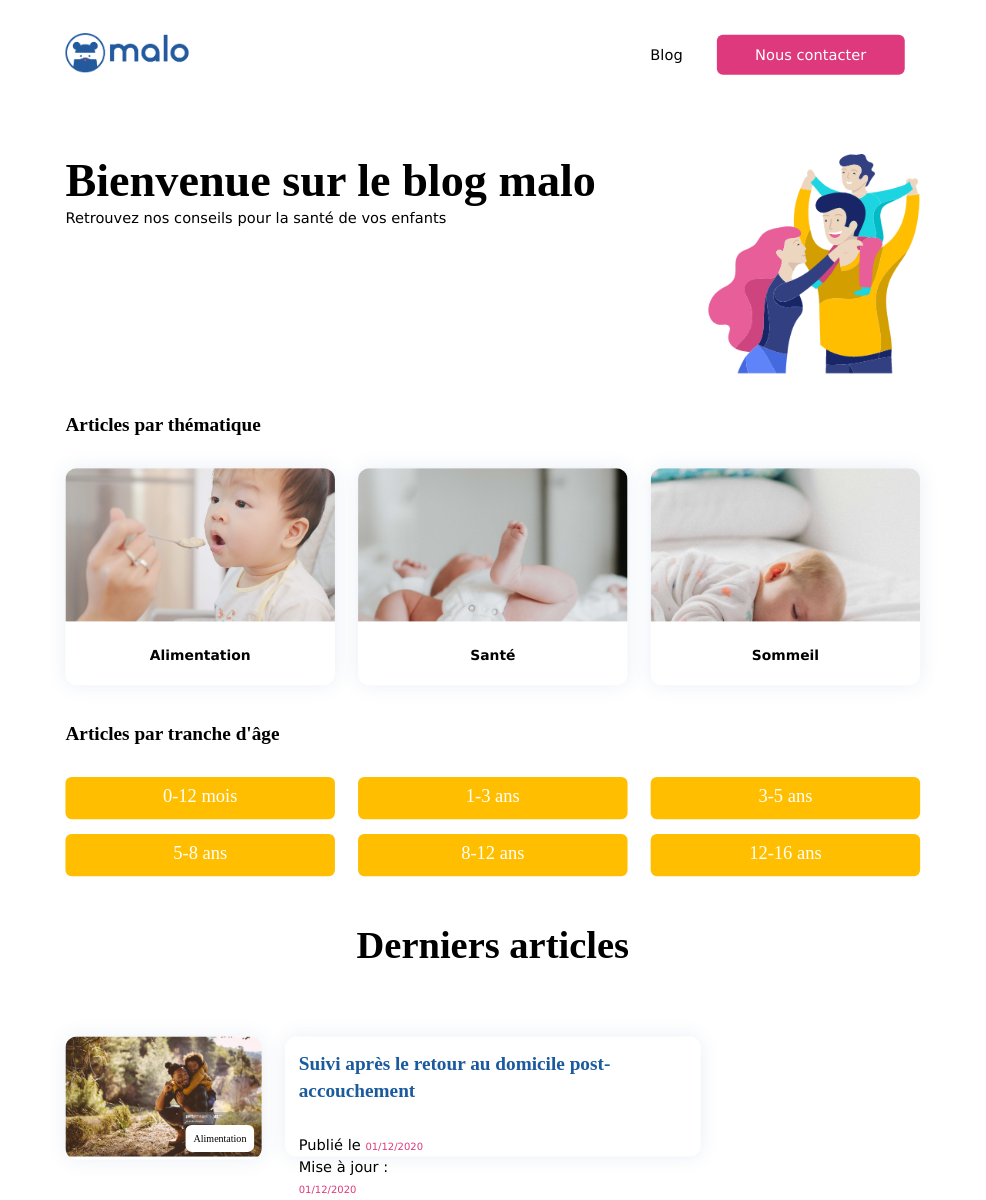
Repository: carbone-dev/keli-malo
Page: blog.html
The author's editor kept a copy of each file at every save. The page is drawn from the files as they stood at one save, then again after the next save.
The browser window is 1280 px wide. The pictures show the whole page, at 77% of full size.

Above is the page before, as saved 2020-12-09 15:56:01.

### blog.html
<!DOCTYPE html>
<html lang="en">

<head>
    <meta charset="UTF-8">
    <meta name="viewport" content="width=device-width, initial-scale=1.0">
    <title>Document</title>
    <link rel="stylesheet" type="text/css" href="css/style.css">
    <link rel="stylesheet" type="text/css" href="css/header.css">
    <link rel="stylesheet" type="text/css" href="css/grid.css">
    <link rel="stylesheet" type="text/css" href="css/blog.css">
</head>

<body>
    <div class="container">

        <div class="header row align-items-center">
            <div class="col-6 col-md-2 ">
                <img class='img-full-width ' src="img/logo.png">
            </div>
            <div class="menu col-6 col-md-10 right d-none d-md-block ">
                <a href="#">Blog</a>
                <a href="#" class="boutton-1">Nous contacter</a>
            </div>
            <div class="menu col-6 col-md-10 right d-md-none d-sm-block">
                <a href="#nav-mobile">
                    <img src="img/burger.png" alt="">
                </a>
            </div>

            <div id="nav-mobile" class="modaloverlay">
                <div class="modal">
                    <div class="row">
                        <div class="col-6">
                            <img class='img-full-width ' src="img/logo.png">
                        </div>
                        <div class="menu col-6 right">
                            <a href="#close" class="close">
                                <img src="img/close.png" alt="">
                            </a>
                        </div>
                    </div>
                    <div class="row align-items-center center modal-content">
                        <div class="col-12">
                            <a href="#">Blog</a>
                        </div>
                        <div class="col-12">
                            <a href="#" class="boutton-1">Nous contacter</a>
                        </div>
                        <div class="col-12">
                            <a href="#"><img src="img/instagram.png"></a>
                            <a href="#"><img src="img/linkedin.png"></a>
                            <a href="#"><img src="img/facebook.png"></a>
                        </div>
                    </div>
                </div>
            </div>
        </div>

        <div class="top-section row">
            <div class="col-12 col-md-8 t-responsive">
                <h1>
                    Bienvenue sur le blog malo
                </h1>
                <p>Retrouvez nos conseils pour la santé de vos enfants</p>
            </div>
            <div class="col-12 col-md-4 right t-responsive">
                <img src="img/blog-header-image.png" alt="blog-header-image">
            </div>
        </div>

        <div class="section t-responsive">
            <h3>Articles par thématique</h3>
            <div class="row">
                <div class="col-sm-12 col-md-4">
                    <div class="card">
                        <img src="img/blog-theme-1.jpg" alt="Avatar" style="width:100%">
                        <div class="card-content row align-items-center">
                            <p class="card-title col-12">Alimentation</p>
                        </div>
                    </div>
                </div>
                <div class="col-sm-12 col-md-4">
                    <div class="card">
                        <img src="img/blog-theme-2.jpg" alt="Avatar" style="width:100%">
                        <div class="card-content row align-items-center">
                            <p class="card-title col-12">Santé</p>
                        </div>
                    </div>
                </div>
                <div class="col-sm-12 col-md-4">
                    <div class="card">
                        <img src="img/blog-theme-3.jpg" alt="Avatar" style="width:100%">
                        <div class="card-content row align-items-center">
                            <p class="card-title col-12">Sommeil</p>
                        </div>
                    </div>
                </div>
            </div>
        </div>

        <div class="section t-responsive">
            <h3>Articles par tranche d'âge</h3>
            <div class="row">
                <div class="col-6 col-md-4 margin-bottom">
                    <button class="btn btn-tertiary full-width">0-12 mois</button>
                </div>
                <div class="col-6 col-md-4 margin-bottom">
                    <button class="btn btn-tertiary full-width">1-3 ans</button>
                </div>
                <div class="col-6 col-md-4 margin-bottom">
                    <button class="btn btn-tertiary full-width">3-5 ans</button>
                </div>
                <div class="col-6 col-md-4 margin-bottom">
                    <button class="btn btn-tertiary full-width">5-8 ans</button>
                </div>
                <div class="col-6 col-md-4 margin-bottom">
                    <button class="btn btn-tertiary full-width">8-12 ans</button>
                </div>
                <div class="col-6 col-md-4 margin-bottom">
                    <button class="btn btn-tertiary full-width">12-16 ans</button>
                </div>
            </div>
        </div>

        <div class="section t-responsive">
            <h2 class="center">Derniers articles</h2>
            <div class="row">
                <div class="col-12 col-md-9">
                    <div class="blog row">
                        <div class="col-4">
                            <div class="blog-img">
                                <img src="img/blog-1.jpg" class="full-width" alt="">
                                <span class="tag">Alimentation</span>
                            </div>
                        </div>
                        <div class="col-8">
                            <div class="blog-content">
                                <a href="#">
                                    <h3 class="blog-title secondary">Suivi après le retour au domicile post-accouchement</h3>
                                </a>
                                <div class="row">
                                    <div class="col-5">
                                        <p>
                                            Publié le <span class="primary">01/12/2020 </span>
                                        </p>
                                        <p>
                                            Mise à jour : <span class="primary">01/12/2020 </span>
                                        </p>
                                    </div>
                                    <div class="col-7"></div>
                                </div>
                            </div>
                        </div>
                    </div>

                </div>
                <div class="col-md-3 d-none d-md-block">

                </div>
            </div>
        </div>



    </div>

</body>

</html>

### css/style.css
body {
  margin: 0;
}
.btn {
  height: 55px;
  padding: 12px 12px 19px;
  border-radius: 8px;
  color: #fff;
  border: none;
  font-size: 24px;
  font-family: montserrat;
}

.full-width{
  width: 100%;
}

.primary {
  color: #de397c;
}

.secondary {
  color: #1a5a9d;
}

.tertiary {
  color: #ffbf00;
}

.btn-primary {
  background-color: #de397c;
}

.btn-secondary {
  background-color: #1a5a9d;
}

.btn-tertiary {
  background-color: #ffbf00;
}

.img-full-width {
  width: 100%;
}

.top-section {
  margin-top: 100px;
}

.section {
  margin-top: 45px;
}

.section h3 {
  margin-bottom: 39px;
}

.section h2 {
  margin-bottom: 94px;
}

.margin-bottom{
  margin-bottom: 19px;
}

#container {
  margin: 2% 7%;
}

.t-responsive {
  text-align: left;
}

@media only screen and (min-width: 1367px) and (max-width: 1600px) {
  #container {
    margin: 2% 8%;
  }
}
@media only screen and (min-width: 1601px) and (max-width: 1920px) {
  #container {
    margin: 2% 20%;
  }
}
@media only screen and (min-width: 1921px) and (max-width: 9000px) {
  #container {
    margin: 2% 30%;
  }
}

/*-------UNI------*/

.box-shadow {
  padding: 20px 20px 15px 20px;
  background-color: white;
  box-shadow: 0px 0px 30px rgb(26, 90, 157, 0.1);
  margin: 20px 0;
  border-radius: 15px;
}
h1,
h2,
h3,
h5,
h6 {
  font-family: montserrat;
  font-weight: bold;
  margin: 0;
}
h1 {
  font-size: 60px;
  line-height: 70px;
}
h2 {
  font-size: 50px;
  line-height: 50px;
}
h3 {
  font-size: 25px;
  line-height: 35px;
  margin-bottom: 30px;
}
h5 {
  color: #1a5a9d;
  line-height: 20px;
  font-size: 20px;
}
h6 {
  line-height: 20px;
  font-size: 16px;
}

a,
p {
  margin: 0;
  text-decoration: none;
  font-family: verdana;
  font-size: 19px;
  color: black;
  font-weight: normal;
  line-height: 27px;
}
span {
  font-size: 13px;
}
li {
  font-family: verdana;
  font-size: 14px;
  color: black;
  line-height: 23px;
}
ul {
  padding-left: 15px;
}

.boutton-1 {
  color: white;
  background-color: #de397c;
  padding: 15px 50px;
  border-radius: 8px;
}
.boutton-contact {
  color: white;
  background-color: #de397c;
  padding: 15px 100px;
  border-color: #de397c;
  border-radius: 8px;
  outline: none;
  margin: 10px;
  font-size: 20px;
  border-style: none;
}

.img-boutton {
  margin-top: 5%;
}
.img-boutton a {
  margin-right: 20px;
}
.quote {
  width: 20px;
  height: 20px;
}
.formulaire {
  border: 2px solid;
  border-radius: 8px;
  outline: none;
  margin: 10px;
  font-size: 20px;
  padding: 15px;
}

/*-------header------*/
.menu a {
  margin: 0 20px;
}
/*-------le heros------*/
.le-heros {
  margin-top: 5%;
  background-image: url(../img/bg-le-heros.png);
  background-size: 100%;
  background-repeat: no-repeat;
  padding-bottom: 7%;
}
.img-le-heros {
  display: none;
}

/*-------malo-c-est-quoi------*/

.malo-c-est-quoi {
  margin-top: 10%;
}
.contenu-malo-c-est-quoi {
  margin: 10% 3%;
}
/*-------malo-VIDEO------*/

.expert {
  margin-top: 15%;
}
.expert h1 {
  margin-bottom: 5%;
}
#play-vid-2 {
  position: absolute;
  right: 70%;
  z-index: 0;
}
.expert-video {
  background-image: url(../img/bg-video-2.png);
  background-size: contain;
  background-repeat: no-repeat;
  text-align: left;
  padding: 20px 0;
}
.expert-video video {
  width: 530px;
  border-radius: 20px;
  outline-style: none;
  margin-left: 30px;
}

/*------CAROUSEL------*/
.les-parents {
  margin-top: 10%;
}
.carousel {
  background-image: url(../img/bg-carousel.png);
  background-size: 100% 100%;
  background-repeat: no-repeat;
  padding: 10px;
}
.slide {
  padding-bottom: 50px;
  margin: 2%;
}
.img-profil {
  margin-right: 20px;
  margin-bottom: 30px;
}
.fade {
  -webkit-animation-name: fade;
  -webkit-animation-duration: 1.5s;
  animation-name: fade;
  animation-duration: 1.5s;
}

@-webkit-keyframes fade {
  from {
    opacity: 0.4;
  }
  to {
    opacity: 1;
  }
}

@keyframes fade {
  from {
    opacity: 0.4;
  }
  to {
    opacity: 1;
  }
}
/* Next & previous buttons */

.fleche {
  text-align: right;
  position: relative;
  top: -50px;
}
.prev {
  color: gray;
}
.prev,
.next {
  cursor: pointer;
  width: auto;
  padding: 20px;
  font-weight: bold;
  font-size: 40px;
  transition: 0.6s ease;
  border-radius: 0 3px 3px 0;
  user-select: none;
}

/*-------BLOG-MALO------*/
.decouvrir-le-blog {
  justify-content: center;
  margin-top: 10%;
}
.bg-decouvrir {
  background-image: url(../img/bg-decouvrir.png);
  background-size: 100%;
  background-repeat: no-repeat;
  padding-bottom: 5%;
}

.decouvrir-left {
  width: 70%;
}
.decouvrir-left-1 {
  width: 50%;
  margin: 10px;
}
.decouvrir-left-2 {
  width: 50%;
  margin: 10px;
}
.decouvrir-right {
  width: 30%;
  text-align: right;
  margin-top: 50px;
}
.sommeil {
  width: 30%;
}
.alimentation {
  width: 60%;
}

/*-------POPUP------*/
.popup {
  margin-top: 10%;
}
.popup img {
}
.contenu-popup {
  background-color: #1a5a9d;
  border-radius: 20px;
  align-items: center;
  padding: 60px;
}
.titre-popup {
  width: 50%;
  color: white;
  margin: 0;
}

.formulaire-popup {
  width: 50%;
  color: white;
}
.mail-popup {
  border-color: white;
  background-color: rgb(0, 0, 0, 0);
  color: white;
  font-family: montserrat;
  font-weight: bold;
}
.mail-popup::placeholder {
  color: white;
}
.boutton-popup {
  border-color: white;
  background-color: white;
  padding: 15px 30px;
  font-family: montserrat;
  font-weight: bold;
  color: #de397c;
  cursor: pointer;
}

/*-------CONTACT------*/
.contactez-nous {
  margin-top: 10%;
}
.contenu-contact {
  width: 50%;
}
.contenu-contact p {
  line-height: 50px;
  margin: 20px;
}
.contenu-contact h3 {
  margin-bottom: 10px;
}
.contenu-contact a {
  margin-right: 20px;
}
.formulaire-contact {
  width: 50%;
  background-image: url(../img/bg-formulaire-contact.png);
  background-repeat: no-repeat;
  background-size: 100%;
}
.bg-contact {
  padding: 10px;
  background-color: white;
  margin: 30px;

  box-shadow: 0px 0px 30px rgb(26, 90, 157, 0.1);
  border-radius: 15px;
}
.form-2 {
  width: 200px;
  border-color: #d8d8d8;
  color: black;
}
.form-1 {
  width: 460px;
}
.contact-text {
  border-color: #d8d8d8;
  font-family: montserrat;
}
.contact-text::placeholder {
  color: black;
  border-color: #d8d8d8;
  font-family: arial;
}

/*-------il nous soutien------*/

.il-nous-soutiennent {
  margin-top: 10%;
}

.il-nous-soutiennent h1 {
  margin-left: 20%;
}

/*-------footer------*/
.footer {
  margin-top: 10%;
  background-color: #1a5a9d;
}
.logo-popup {
  padding: 40px;
  margin: 0;
}
.logo-boutton {
  width: 50%;
}
.popup-icon {
  width: 45%;
}
.news-letter h3 {
  margin-bottom: 0;
  font-weight: normal;
  color: black;
}
.suivez-footer h3 {
  margin-bottom: 10px;
  font-weight: normal;
  color: white;
}
.suivez-footer a {
  margin-right: 20px;
}
.mail-footer {
  color: #d8d8d8;
  border-color: #d8d8d8;
}
.mail-footer::placeholder {
  color: #d8d8d8;
  border-color: #d8d8d8;
}
.boutton-footer {
  color: white;
  background-color: #de397c;
  border-color: #de397c;
  padding: 15px 40px;
  cursor: pointer;
}

.menu-footer {
  background-color: #0f3c6b;
  margin: 0;
  padding: 20px;
}
.menu-footer li {
  list-style: none;
}
.menu-footer a,
.menu-footer span {
  color: white;
  margin: 30px;
}

/*-------G R I D------*/

/* .row {
  display: flex;
  align-items: center;
  flex-wrap: wrap;
}

.col-sm-10 {
  width: 100%;
}
.col-sm-9 {
  width: 90%;
}
.col-sm-8 {
  width: 80%;
}
.col-sm-7 {
  width: 70%;
}
.col-sm-65 {
  width: 65%;
}
.col-sm-6 {
  width: 60%;
}
.col-sm-55 {
  width: 55%;
}
.col-sm-5 {
  width: 50%;
}
.col-sm-45 {
  width: 45%;
}
.col-sm-4 {
  width: 40%;
}
.col-sm-35 {
  width: 35%;
}
.col-sm-3 {
  width: 30%;
}
.col-sm-2 {
  width: 20%;
}
.col-sm-1 {
  width: 10%;
}

.col-10 {
  width: 100%;
}
.col-9 {
  width: 90%;
}
.col-8 {
  width: 80%;
}
.col-7 {
  width: 70%;
}
.col-65 {
  width: 65%;
}
.col-6 {
  width: 60%;
}
.col-55 {
  width: 55%;
}
.col-5 {
  width: 50%;
}
.col-45 {
  width: 45%;
}
.col-4 {
  width: 40%;
}
.col-35 {
  width: 35%;
}
.col-3 {
  width: 30%;
}
.col-2 {
  width: 20%;
}
.col-1 {
  width: 10%;
} */

.center {
  justify-content: center;
  text-align: center;
  align-items: center;
}
.left {
  text-align: left;
  justify-content: center;
  align-items: center;
}
.right {
  text-align: right;
  justify-content: center;
  align-items: center;
}

/*-------MEDIA ------*/

@media only screen and (min-width: 107px) and (max-width: 480px) {
  .top-section {
    margin-top: 35px;
  }

  .t-responsive {
    text-align: center;
  }

  .btn {
    font-size: 18px;
  }

  .col-reverse {
    display: flex;
    flex-wrap: wrap;
    flex-direction: column-reverse;
    align-items: center;
  }
  .box-shadow {
    padding: 5px;
    box-shadow: 0px 0px 20px rgb(26, 90, 157, 0.1);
    margin: 20px 0;
    border-radius: 5px;
  }
  #container {
    margin: 2% 10%;
    text-align: center;
  }
  .img-boutton img {
    width: 40% !important;
  }

  h1,
  h2,
  h3 {
    font-size: 28px !important;
    line-height: 35px !important;
    margin-bottom: 1%;
  }
  h5 {
    line-height: 19px;
    font-size: 16px;
  }
  h6 {
    line-height: 20px;
    font-size: 16px;
  }
  a,
  p,
  span {
    font-size: 15px !important;
    line-height: 23px !important;
    margin-bottom: 1%;
  }

  li {
    font-family: verdana;
    font-size: 14px;
    color: black;
    line-height: 23px;
  }
  ul {
    padding-left: 15px;
  }

  /*-------LE HEROS------*/

  .le-heros-right {
    display: none;
  }
  .img-le-heros {
    display: initial !important;
  }
  .le-heros {
    background-image: inherit;
  }
  .le-heros img {
    width: 60%;
    margin-top: 5%;
  }

  /*-------malo-VIDEO------*/

  .malo-video {
    background-image: none;
    padding: 0;
  }
  .titre-video-1 {
    background-image: url(../img/bg-malo-phone.png);
    background-size: 100%;
    background-repeat: no-repeat;
    padding-bottom: 15%;
  }
  .titre-video-1 h3 {
    text-align: left;
  }
  #play-vid {
    position: relative;
    right: -150px;
    top: -140px;
    z-index: 0;
  }
  .video-1 {
    background-image: url(../img/bg-video-1.png);
    background-size: contain, cover;
    background-repeat: no-repeat;
    padding: 20px 0;
    text-align: center;
    margin: 0;
  }

  .video-1 video {
    width: 300px;
    border-radius: 10px;
  }

  /*-------malo-VIDEO------*/

  #play-vid-2 {
    position: relative;
    margin: 0;
    right: -150px;
    top: -140px;
    z-index: 0;
  }
  .expert-video {
    background-image: url(../img/bg-video-2.png);
    text-align: center;
    padding: 10px 0;
  }
  .expert-video video {
    width: 300px;
    border-radius: 20px;
    outline-style: none;
    margin: 0;
  }

  /*-------carousel------*/
  .carousel {
    background-image: url(../img/bg-carousel.png);
  }

  .fleche {
    text-align: right;
    position: relative;
    top: -50px;
  }
}

### css/header.css
.header{
    margin-top: 43px;
}

/* MODAL MOBILE */

.modaloverlay {
    background: rgba(0, 0, 0, 0.8);
    bottom: 0;
    left: 0;
    opacity: 0;
    pointer-events: none;
    position: fixed;
    right: 0;
    top: 0;
    -webkit-transition: opacity 400ms ease-in;
    -moz-transition: opacity 400ms ease-in;
    transition: opacity 400ms ease-in;
    z-index: -1;
    display: none;
  }
  .modaloverlay:target {
    display: block;
    opacity: 1;
    pointer-events: auto;
    z-index: 99999;
  }
  .modaloverlay .modal {
    background-color: white;
    height: 100%;
    position: relative;
    margin: 0 auto;
    padding-top: 43px;
    padding-left: 15px;
    overflow-y: scroll;
    -webkit-overflow-scrolling: touch;
  }
  @media (min-width: 60em) {
    .modaloverlay .modal {
      height: 75%;
      margin: 5% auto;
      max-height: 57em;
      max-width: 66em;
      width: 85%;
    }
  }
  .modaloverlay .modal > iframe,
  .modaloverlay .modal > div {
    border: none;
    width: 100%;
    /* height: 100%; */
  }
  .modaloverlay .close {
    position: relative;
    top: 10px;
  }

  .modal-content{
    height: 60%;
    padding-top: 160px;
  }

### css/blog.css
.card {
  transition: 0.3s;
  width: 100%;
  border-radius: 15px;
  box-shadow: 0 0 25px 0 rgba(34, 90, 157, 0.1);
  overflow: hidden;
  cursor: pointer;
}

.card img {
  width: 100%;
  height: 199px;
  object-fit: cover;
}

.card:hover {
  box-shadow: 0 8px 16px 0 rgba(0, 0, 0, 0.2);
}

.card-content {
  padding: 2px 16px;
  height: 79px;
}

.card-title {
  font-family: verdana;
  font-size: 18px;
  font-weight: 900;
  text-align: center;
}

.blog-img {
  border-radius: 15px;
  box-shadow: 0 0 25px 0 rgba(34, 90, 157, 0.1);
  overflow: hidden;
  position: relative;
}

.blog-img img {
  width: 100%;
  height: 156px;
  object-fit: cover;
}

.blog-content {
  height: 156px;
  padding: 18px;
  border-radius: 15px;
  box-shadow: 0 0 25px 0 rgba(34, 90, 157, 0.1);
  background-color: #ffffff;
}

.blog-title{
    margin-bottom: 0;
}


.tag {
  height: 35px;
  background-color: #ffffff;
  padding: 10px;
  position: absolute;
  bottom: 10px;
  display: block;
  border-radius: 8px;
  font-family: montserrat;
  right: 10px;
}

Loaded but not shown: css/grid.css (1420 lines, source omitted)

After the next save:
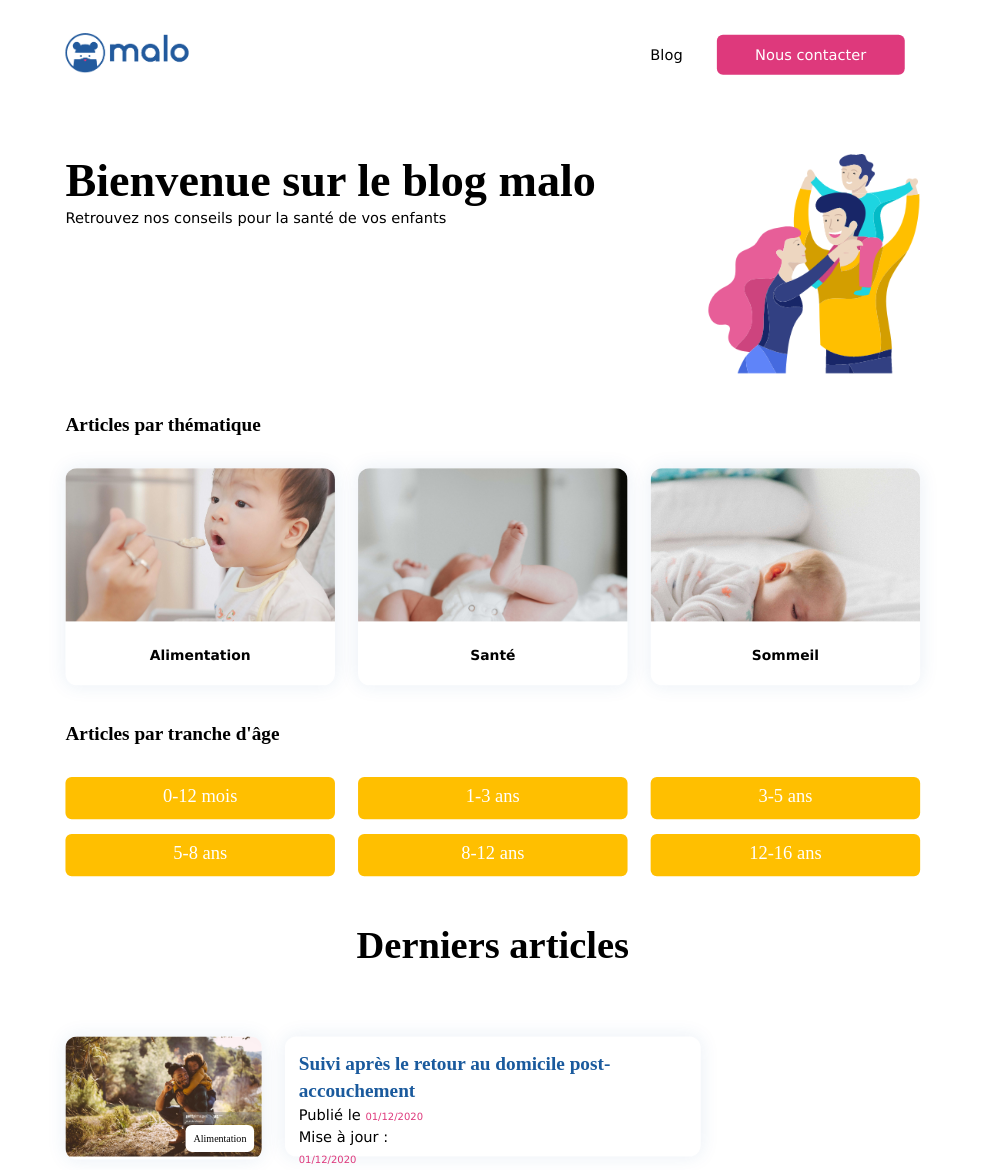
Saved 19 s later.
--- a/css/blog.css
+++ b/css/blog.css
@@ -51,7 +51,7 @@
 }
 
 .blog-title{
-    margin-bottom: 0;
+    margin-bottom: 0 !important;
 }
 
 
